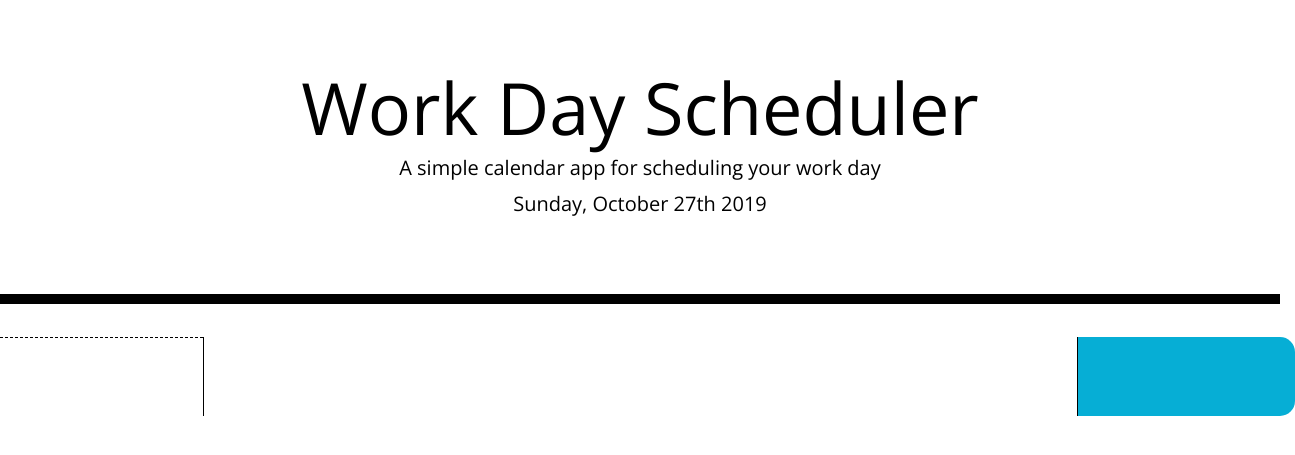
Repository: s88leigh/Day-Planner
Page: Develop/index.html
An editor plug-in stored every save of this project. The page is shown before and after a run of saves, followed by the edit.
The browser window is 1280 px wide. The page is 1295 px wide, so the pictures cover 1295 px, including what lies to the right of the window. The pictures show the whole page.
Some web libraries are served in a nearby version.

Above is the page before, as saved 2019-10-27 16:56:50.
Console error: SyntaxError: Identifier 'curDay' has already been declared

After the next 2 saves:
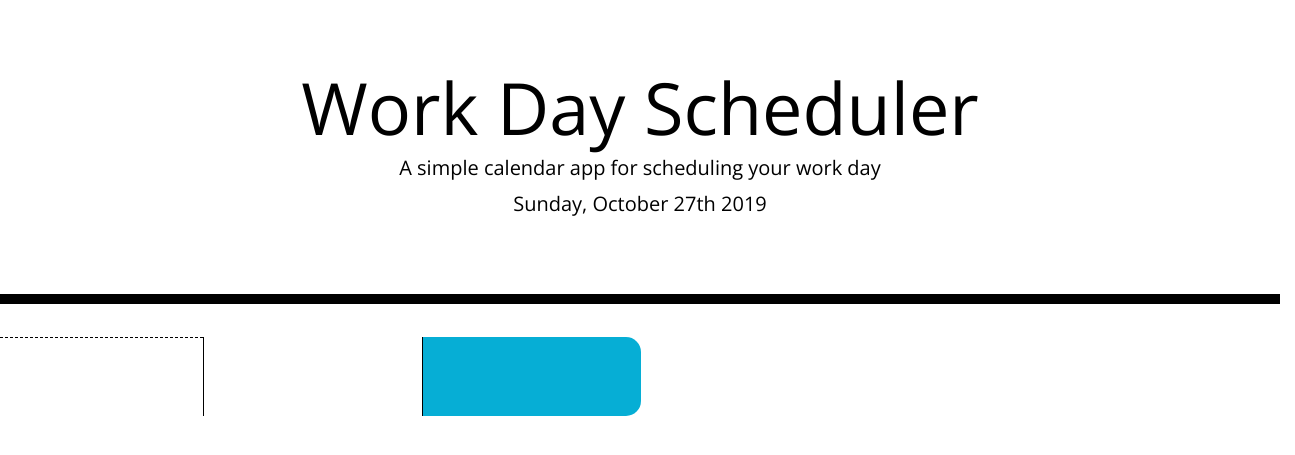
The 2 saves are shown as one change because they came seconds apart.
The last was saved 11 s later.
--- a/Develop/index.html
+++ b/Develop/index.html
@@ -38,7 +38,7 @@
       <div class="col-2 hour">
 
       </div>
-      <textarea class="col-8 description">
+      <textarea class="col-8future">
 
       </textarea>
       <div class="col-2 saveBtn">
